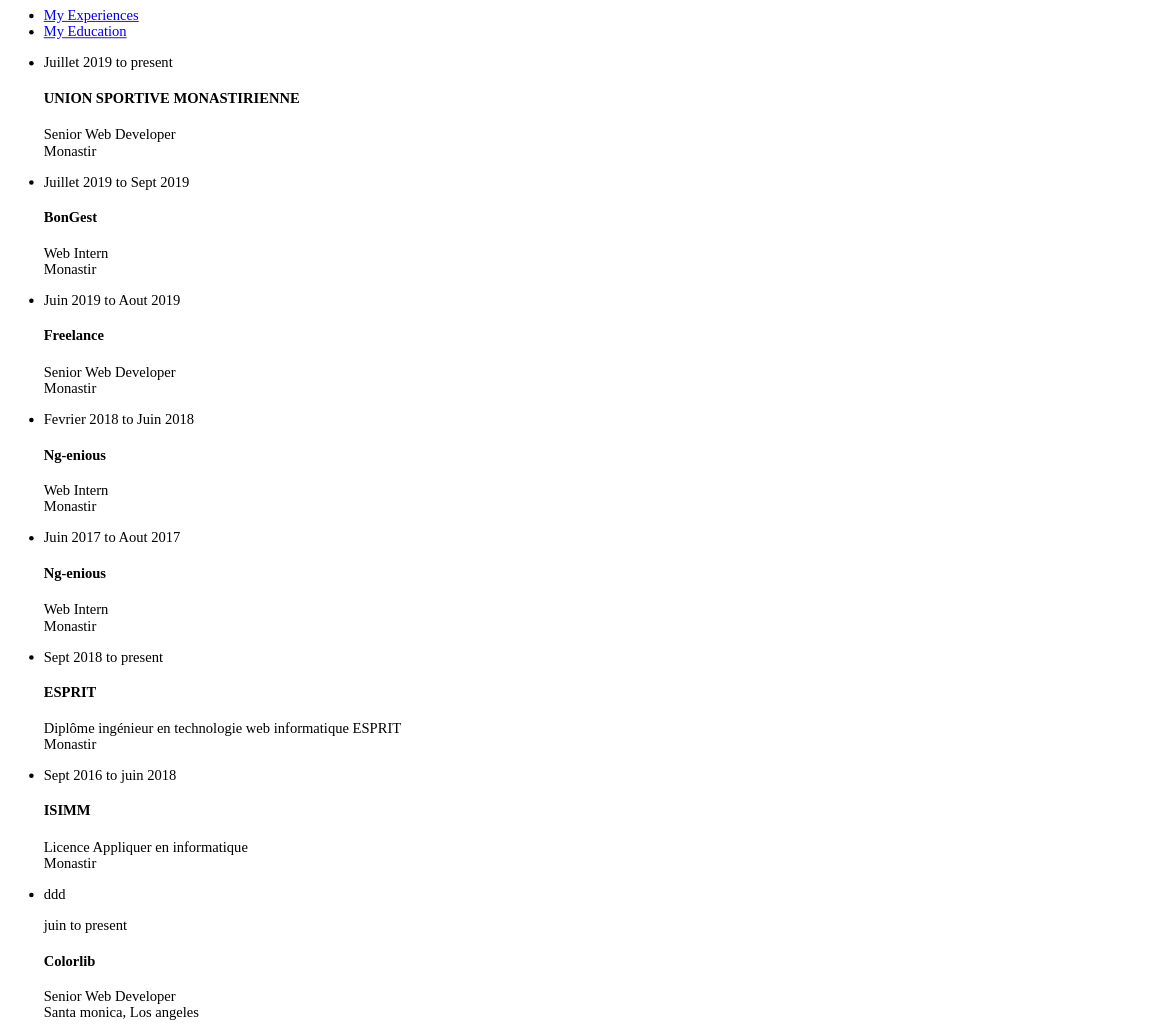
Repository: ChaabeneHabib/habib-chaabene
Page: formationExperience.html
An editor plug-in stored every save of this project. The page is shown before and after the next save, followed by the edit.
The browser window is 1280 px wide. The pictures show the whole page, at 91% of full size.

Above is the page before, as saved 2019-11-16 15:41:58.

### formationExperience.html
<section class="mytabs_area p_120">
		<div class="container">
			<div class="tabs_inner">
				<ul class="nav nav-tabs" id="myTab" role="tablist">
					<li class="nav-item">
						<a class="nav-link active" id="home-tab" data-toggle="tab" href="#home" role="tab"
							aria-controls="home" aria-selected="true">My Experiences</a>
					</li>
					<li class="nav-item">
						<a class="nav-link" id="profile-tab" data-toggle="tab" href="#profile" role="tab"
							aria-controls="profile" aria-selected="false">My Education</a>
					</li>
				</ul>
				<div class="tab-content" id="myTabContent">
					<div class="tab-pane fade show active" id="home" role="tabpanel" aria-labelledby="home-tab">
						<ul class="list">
							<li>
								<span></span>
								<div class="media">
									<div class="d-flex">
										<p>Juillet 2019 to present</p>
									</div>
									<div class="media-body">
										<h4>UNION SPORTIVE MONASTIRIENNE</h4>
										<p>Senior Web Developer <br />Monastir</p>
									</div>
								</div>
							</li>
							<li>
								<span></span>
								<div class="media">
									<div class="d-flex">
										<p>Juillet 2019 to Sept 2019</p>
									</div>
									<div class="media-body">
										<h4>BonGest</h4>
										<p>Web Intern  <br />Monastir </p>
									</div>
								</div>
							</li>
							<li>
								<span></span>
								<div class="media">
									<div class="d-flex">
										<p>Juin 2019 to Aout 2019</p>
									</div>
									<div class="media-body">
										<h4>Freelance</h4>
										<p>Senior Web Developer <br />Monastir</p>
									</div>
								</div>
                            </li>
                            <li>
                                    <span></span>
                                    <div class="media">
                                        <div class="d-flex">
                                            <p>Fevrier 2018 to Juin 2018</p>
                                        </div>
                                        <div class="media-body">
                                            <h4>Ng-enious</h4>
                                            <p>Web Intern <br />Monastir</p>
                                        </div>
                                    </div>
                                </li>
                                <li>
                                        <span></span>
                                        <div class="media">
                                            <div class="d-flex">
                                                <p>Juin 2017 to Aout 2017</p>
                                            </div>
                                            <div class="media-body">
                                                <h4>Ng-enious</h4>
                                                <p>Web Intern <br />Monastir</p>
                                            </div>
                                        </div>
                                    </li>
						</ul>
					</div>
					<div class="tab-pane fade" id="profile" role="tabpanel" aria-labelledby="profile-tab">
						<ul class="list">
							<li>
								<span></span>
								<div class="media">
									<div class="d-flex">
										<p>Sept 2018 to present</p>
									</div>
									<div class="media-body">
										<h4>ESPRIT</h4>
										<p>Diplôme ingénieur en technologie web  informatique ESPRIT<br />Monastir </p>
									</div>
								</div>
							</li>
							<li>
								<span></span>
								<div class="media">
									<div class="d-flex">
										<p>Sept 2016 to juin 2018</p>
									</div>
									<div class="media-body">
										<h4>ISIMM</h4>
										<p>Licence Appliquer en informatique   <br />Monastir</p>
									</div>
								</div>
							</li>
							<li>
								<span>ddd</span>
								<div class="media">
									<div class="d-flex">
										<p>juin  to present</p>
									</div>
									<div class="media-body">
										<h4>Colorlib</h4>
										<p>Senior Web Developer <br />Santa monica, Los angeles</p>
									</div>
								</div>
							</li>
						</ul>
					</div>
				</div>
			</div>
		</div>
	</section>

After the next save:
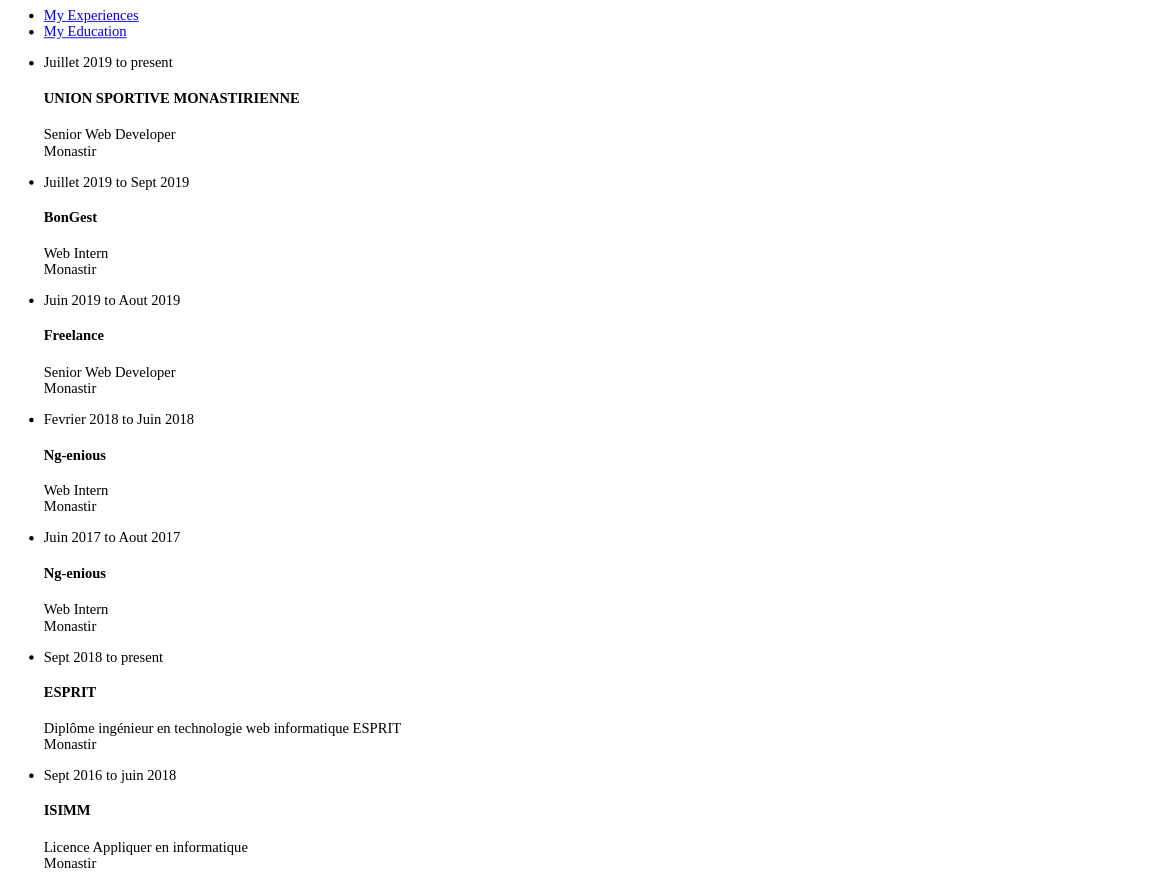
Saved 23 s later.
--- a/formationExperience.html
+++ b/formationExperience.html
@@ -102,18 +102,7 @@
 									</div>
 								</div>
 							</li>
-							<li>
-								<span>ddd</span>
-								<div class="media">
-									<div class="d-flex">
-										<p>juin  to present</p>
-									</div>
-									<div class="media-body">
-										<h4>Colorlib</h4>
-										<p>Senior Web Developer <br />Santa monica, Los angeles</p>
-									</div>
-								</div>
-							</li>
+
 						</ul>
 					</div>
 				</div>
